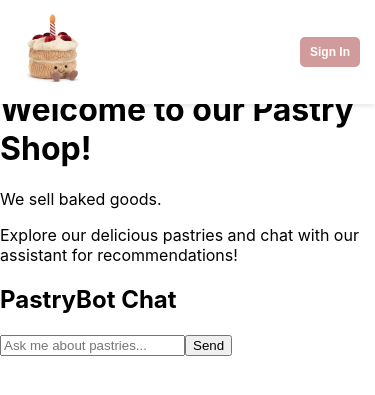
Repository: agrnerd17/Website-Chatbot
Page: / (app in pastry-chatbot/)
The author's editor kept a copy of each file at every save. The page is drawn from the files as they stood at one save, then again after the next save.
The browser window is 375 px wide. The pictures show the whole page.
The project was rebuilt for these pictures with package versions that can differ from the ones it lists, and the page was loaded fresh each time. Also part of the build but not shown: pastry-chatbot/src/styles/Chatbot.css.

Above is the page before, as saved 2024-12-08 14:15:42.

After the next save:
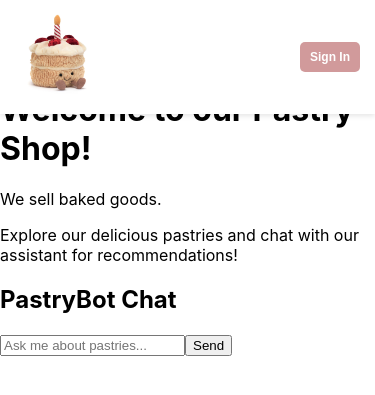
Saved 11 s later.
--- a/pastry-chatbot/src/styles/Navbar.css
+++ b/pastry-chatbot/src/styles/Navbar.css
@@ -86,6 +86,6 @@
     }
 
     .navbar-logo img {
-      height: 80px; /* Resize logo */
+      height: 90px; /* Resize logo */
     }
   }
